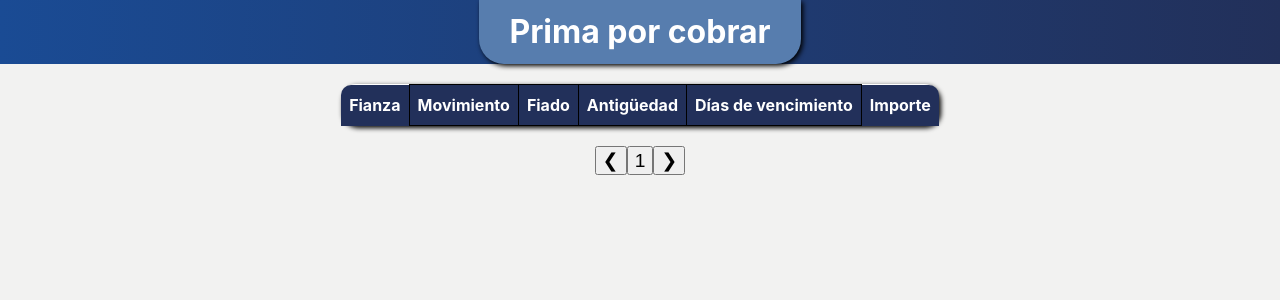
Repository: PCGP22/prueba-t-cnica-liberty-finanzas
Page: / (app in Prueba técnica full-stack/client/)
These files come from the project's save history. The page is drawn as it stood at one moment and after the next save; the edit follows.
The browser window is 1280 px wide. The pictures show the whole page.
The page's requests for data from a server got no answer. The project was rebuilt for these pictures with package versions that can differ from the ones it lists, and the page was loaded fresh each time. No one was signed in, and anything a server would have sent is missing. Also part of the build but not shown: Prueba técnica full-stack/client/vite.config.js, Prueba técnica full-stack/client/src/components/Card.jsx, Prueba técnica full-stack/client/src/components/CardsContainer.jsx, Prueba técnica full-stack/client/src/components/Filters.jsx.

Above is the page before, as saved 2023-11-14 08:33:58.

### Prueba técnica full-stack/client/src/App.jsx
import { dataContext } from "./context/dataContext";
import Table from "./components/Table";
import { useEffect, useReducer } from "react";
import Pagination from "./components/pagination";
import reducer from "./hooks/Reducer";
import Header from "./components/Header";

function App() {
  let url = "http://localhost:5000/primas";
  const initialState = {
    backupData: {},
    data: {},
    dataToShow: {},
    currentPage: 1,
    maxPages: 1,
    contentPerPage: 8,
  };

  const [state, dispatch] = useReducer(reducer, initialState);
  useEffect(() => {
    fetch(url)
      .then((res) => res.json())
      .then((data) => dispatch({ type: "initialize", payload: data.primas }));
  }, [url]);

  return (
    <dataContext.Provider value={[state, dispatch]}>
      <Header />
      <Table />
      <Pagination />
    </dataContext.Provider>
  );
}

export default App;

### Prueba técnica full-stack/client/src/index.css
:root {
  font-family: Inter, system-ui, Avenir, Helvetica, Arial, sans-serif;
  line-height: 1.5;
  font-weight: 400;
  --background-color: #f2f2f1;
  --darkest-blue: #22305a;
  --blue: #1a4b94;
  --light-blue: #577dae;
  --lightest-blue: #9fbde4;
  --status-red: #de7878;
  --status-yellow: #f6c476;
  --status-green: #8fc475;
  --icon-red: #b93d3d;
  --icon-green: #6cb85d;
  --text-blue: #3a689d;
  --text-red:  #af2e2c;
  --box-shadow: black 2px 2px 5px;
}
body, h1{
  margin: 0;
  padding: 0;
}
body{
  background-color:var(--background-color);
}
header{
  display: flex;
  flex-direction: column;
  align-items: center;
}
h1{
  display: inline-block;
  padding: 8px 30px;
  border-radius: 0 0 25px 25px;
  background-color: var(--light-blue);
  color:white;
  text-align: center;
  box-shadow: var(--box-shadow);
}

header{
  background-image: linear-gradient(to right,var(--blue), var(--darkest-blue));
  width: 100%;
}

.filters{
  margin-top: 40px;
  display: flex;
  gap: 40px;
  align-self: flex-start;
  padding-left: 5%;
}
.filters select{
  height: 40px;
  font-size: larger;
  border-radius: 5px;
  border: black 2px solid;
}

.cards{
  padding: 2% 5%;
  box-sizing: border-box;
  display: flex;
  justify-content: space-between;
  width: 100%;
}

.cards figure{
  background-color: var(--background-color);
  min-width: 250px;
  padding: 0.5% 2%;
  border-radius: 10px;
  box-shadow: var(--box-shadow);
}

.cards figure h3{
  margin: 0;
}

.cards figure > p{
  font-size: 1.8em;
  text-align: center;
}

.cards div{
  display: inline-flex;
  flex-wrap: wrap;
  max-width: 40%;
  align-items: center;
  justify-content: center;
  gap:20px;
}

.cards div p {
  margin: 0;
}

.cards div p:first-of-type {
  font-size: 1.5em;
}

.cards div p:last-of-type{
  font-size: 1.2em;
  margin: 0;
}

.icon{
  background-image: linear-gradient(to right,var(--blue), var(--darkest-blue));
  font-size: 1.5em;
  padding: 4px;
  border-radius: 50%;
}
.positive{
  color:var(--text-blue);
  margin-right: 20px;
}
.negative{
  color:var(--text-red);
  margin-left:20px;
}
.cross{
  color: var(--icon-red)
}
.check{
  color: var(--icon-green)
}

table{
  margin: auto;
  margin-top: 20px;
  background-color:white;
  border-radius:15px;
  box-shadow: var(--box-shadow);
  padding: 0;
}
table tr:first-child{
  background-color:var(--darkest-blue);
  color:white;
}

table tr th:first-child{
  border-radius:10px 0 0 0;
}


table tr th:last-child{
  border-radius: 0 10px  0 0;
}
table tr th{
  padding: 8px;
}

table, td, th{
  padding: 2px 8px;
  border-spacing: 0;
  border-collapse: collapse;

}

td, th{
  border: black solid 1px;
}

table tr th:first-child,
table tr th:last-child,
table tr:last-child td:first-child,
table tr:last-child td:last-child{
  border:transparent;
}

table tr:nth-child(2n){
  background-color:var(--lightest-blue)
}
table tr:hover{
  text-decoration: underline;
}

table tr:nth-child(2n):hover{
  filter:brightness(110%)
}
table tr:nth-child(2n-1):hover{
  background-color: var(--background-color);
}

table tr:first-child:hover{
  background-color:var(--darkest-blue);
  text-decoration: none;
}

.green{
  background-color:var(--status-green);
}
.yellow{
  background-color:var(--status-yellow);
}
.red{
  background-color:var(--status-red);
}

.pagination{
  margin: auto;
  display: flex;
  margin-top: 20px;
  margin-bottom: 20px;
  justify-content: center;
  align-items:stretch;
}

.pagination button{
  font-size: 1.2em;
}

### Prueba técnica full-stack/client/src/context/dataContext.js
import { createContext } from "react";

export const dataContext = createContext();

### Prueba técnica full-stack/client/src/components/Table.jsx
import { calculateAntiquityInDays } from "../utils/utils";
import { useContext } from "react";
import { dataContext } from "../context/dataContext";

function Table() {
  const [state, dispatch] = useContext(dataContext);

  return (
    <table>
      <tbody>
        <tr>
          <th>Fianza</th>
          <th>Movimiento</th>
          <th>Fiado</th>
          <th>Antigüedad</th>
          <th>Días de vencimiento</th>
          <th>Importe</th>
        </tr>
        {state.dataToShow.length > 0 &&
          state.dataToShow.map((t) => {
            let antiquity = calculateAntiquityInDays(
              t.datos["fecha de emisión"]
            );
            let daysSinceStale = calculateAntiquityInDays(
              t.datos["fecha de vencimiento"]
            );
            if (daysSinceStale < 0) daysSinceStale = 0;
            return (
              <tr key={t.datos.código_de_fianza}>
                <td>{t.datos.código_de_fianza}</td>
                <td>{t.datos.tipo_de_movimiento}</td>
                <td>{t.datos.fiado}</td>
                <td
                  className={`green ${daysSinceStale > 30 && "yellow"} ${
                    daysSinceStale > 60 && "red"
                  }`}>
                  {antiquity}
                </td>
                <td
                  className={`green ${daysSinceStale > 30 && "yellow"} ${
                    daysSinceStale > 60 && "red"
                  }`}>
                  {daysSinceStale}
                </td>
                <td>${t.datos.importe.toLocaleString()}</td>
              </tr>
            );
          })}
      </tbody>
    </table>
  );
}

export default Table;

### Prueba técnica full-stack/client/src/components/pagination.jsx
import { useContext } from "react";
import { dataContext } from "../context/dataContext";

function Pagination() {
  const [state, dispatch] = useContext(dataContext);

  //   return <button onClick={() => dispatch({ type: "change" })}>Cambiar</button>;
  //   const { state.maxPages, state.currentPage, setstate.CurrentPage, setNextPage, setPrevPage } =
  // useContext(dataContext);
  //This pagination is somewhat complex because I've used it before in bigger proyects.
  //First, it initializes the pagination buttons to the first 6 numbers except for the number 1
  //The reason it doesn't includes the first page is because the first and last page buttons are always shown
  let pagesButtons = [2, 3, 4, 5, 6];
  //while the current page stays on the first three pages, show all first 6
  //The reason for the if, it's that I want the first 6 buttons to be shown when returning from the latest pages
  if (
    state.currentPage === 1 ||
    state.currentPage === 2 ||
    state.currentPage === 3
  ) {
    pagesButtons = [2, 3, 4, 5, 6];
  }
  //As soon as we change to page 4 or more, let's follow the current page and
  //add two buttons to the left and two to the right
  if (state.currentPage >= 4) {
    pagesButtons = [
      state.currentPage - 2,
      state.currentPage - 1,
      state.currentPage,
      state.currentPage + 1,
      state.currentPage + 2,
    ];
  }
  //When approaching to the right end of the pagination, show the last 5 pages
  if (
    state.currentPage === state.maxPages - 1 ||
    state.currentPage === state.maxPages - 2 ||
    state.currentPage === state.maxPages
  ) {
    //The reason it doesn't includes the last page is because the first and last page buttons are always shown
    pagesButtons = [
      state.maxPages - 5,
      state.maxPages - 4,
      state.maxPages - 3,
      state.maxPages - 2,
      state.maxPages - 1,
    ];
  }
  return (
    <section className="pagination">
      <button
        //About the class: When in first or last page the navigation chevrons will have a special class
        //The same happens when the button is the current page
        className={`${state.currentPage === 1 && "disabled"}`}
        onClick={() => dispatch({ type: "prevPage" })}>
        ❮
      </button>
      {/* First button, always shown */}
      <button
        className={`${state.currentPage === 1 && "disabled"}`}
        onClick={() => dispatch({ type: "setPage", payload: 1 })}>
        1
      </button>
      {/* Adds three dots in case the current page is bigger than 4*/}
      {state.currentPage > 4 && <p>•••</p>}
      {/* Map through all pages defined in the first part*/}
      {pagesButtons.map((p) => {
        if (p > 1 && p < state.maxPages)
          return (
            <button
              className={`${state.currentPage === p && "disabled"}`}
              key={p}
              onClick={() => dispatch({ type: "setPage", payload: p })}>
              {p}
            </button>
          );
      })}
      {/* Adds three dots in case the current page is getting closer to the right end*/}
      {state.currentPage < state.maxPages - 3 && <p>•••</p>}
      {/* If there's more than 1 page, show always the last page*/}
      {state.maxPages > 1 && (
        <button
          className={`${state.currentPage === state.maxPages && "disabled"}`}
          onClick={() =>
            dispatch({ type: "setPage", payload: state.maxPages })
          }>
          {state.maxPages}
        </button>
      )}
      <button
        className={`${state.currentPage === state.maxPages && "disabled"}`}
        onClick={() => dispatch({ type: "nextPage" })}>
        ❯
      </button>
    </section>
  );
}

export default Pagination;

### Prueba técnica full-stack/client/src/hooks/Reducer.js
function reducer(state, action) {
  function divideData(data, currentPage, state) {
    let dividedData = data.slice(
      (currentPage - 1) * state.contentPerPage,
      currentPage * state.contentPerPage
    );
    return dividedData;
  }
  function calculateMaxPages(data, state) {
    let maxPages = Math.ceil(data.length / state.contentPerPage);
    return maxPages;
  }
  const { type, payload } = action;
  switch (type) {
    case "initialize":
      return {
        ...state,
        backupData: payload,
        data: payload,
        dataToShow: divideData(payload, 1, state),
        maxPages: calculateMaxPages(payload, state),
      };
    case "prevPage":
      if (state.currentPage > 1) {
        return {
          ...state,
          currentPage: state.currentPage - 1,
          dataToShow: divideData(state.data, state.currentPage - 1, state),
        };
      } else return state;
    case "nextPage":
      if (state.currentPage < state.maxPages) {
        return {
          ...state,
          currentPage: state.currentPage + 1,
          dataToShow: divideData(state.data, state.currentPage + 1, state),
        };
      } else return state;
    case "setPage":
      return {
        ...state,
        currentPage: payload,
        dataToShow: divideData(state.data, payload, state),
      };
    case "filter":
      if (payload.filter === "") {
        return { ...state, dataToShow: state.backupData };
      } else
        return {
          ...state,
          dataToShow: state.backupData.filter(
            (d) => d[payload.type] === payload.filter
          ),
        };
    default:
      return state;
  }
}

export default reducer;

### Prueba técnica full-stack/client/src/components/Header.jsx
import CardsContainer from "./CardsContainer";
import Filters from "./Filters";

function Header() {
  return (
    <header>
      <h1>Prima por cobrar</h1>
      <Filters />
      <CardsContainer />
    </header>
  );
}

export default Header;

### Prueba técnica full-stack/client/src/utils/utils.js
//This function calculates how many days have passed since a date
export function calculateAntiquityInDays(date) {
  let parsedDate = parseDate(date);
  const CONSTANT_Ms_TO_DAYS = 86400000;
  let today = new Date();
  let comparisonDate = new Date(parsedDate);
  return Math.trunc((today - comparisonDate) / CONSTANT_Ms_TO_DAYS) - 1;
}

//transforms the date DD/MM/YYYY to an acceptable MM/DD/YYYY
function parseDate(date) {
  let stringToArray = date.split("/");
  let temp = stringToArray[0];
  stringToArray[0] = stringToArray[1];
  stringToArray[1] = temp;
  return stringToArray.join("/");
}

Loaded but not shown: Prueba técnica full-stack/client/index.html (common file); Prueba técnica full-stack/client/src/main.jsx (common file)

After the next save:
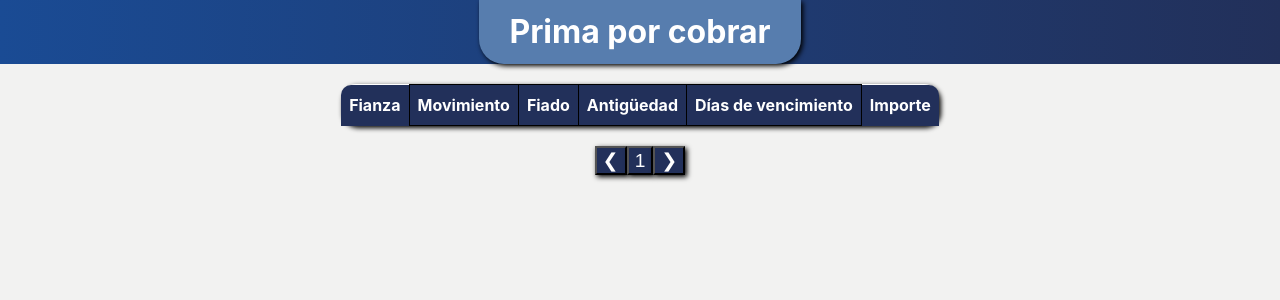
Saved 30 s later.
--- a/Prueba técnica full-stack/client/src/index.css
+++ b/Prueba técnica full-stack/client/src/index.css
@@ -208,4 +208,7 @@ table tr:first-child:hover{
 
 .pagination button{
   font-size: 1.2em;
-}
+  background-color:var(--darkest-blue);
+  color:white;
+  box-shadow: var(--box-shadow);
+}
